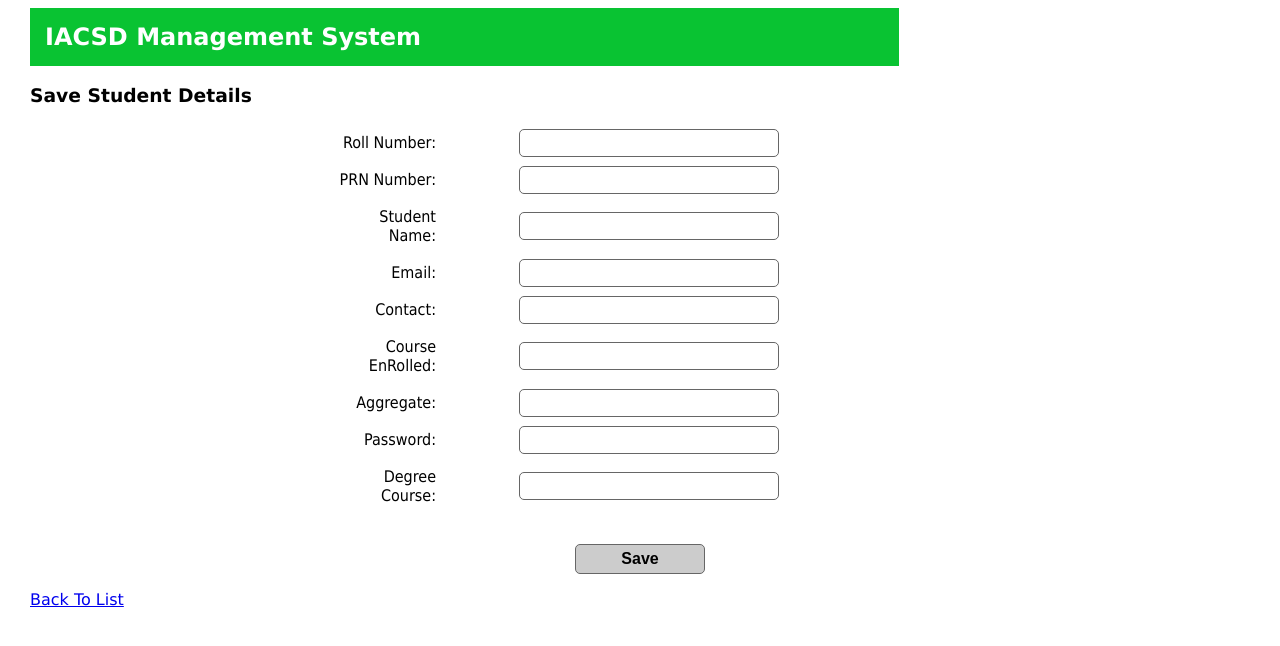
Repository: vsc8791/IMS
Page: http://localhost/web-customer-tracker/WEB-INF/view/student-form.jsp
These files come from the project's save history. The page is drawn as it stood at one moment and after the next save; the edit follows.
The browser window is 1280 px wide. The pictures show the whole page.
The page is served by Tomcat 9. Nobody is signed in. Other server files are loaded and not shown. The template is opened directly, without the code that normally fills it, so the values that code supplies are empty.

Above is the page before, as saved 2018-07-26 17:03:23.

### web-customer-tracker/WebContent/WEB-INF/view/student-form.jsp
 <%@ taglib prefix="form" uri="http://www.springframework.org/tags/form"%>
<!DOCTYPE html>
<html>
<head>

<title>Save Student</title>
<link type="text/css" rel="stylesheet"
	href="${pageContext.request.contextPath}/resources/css/style.css">

<title>Save Student</title>
<link type="text/css" rel="stylesheet"
	href="${pageContext.request.contextPath}/resources/css/add-customer-style.css">
</head>
<body>
	<div id="wrapper">
		<div id="header">
			<h2>IACSD Management System</h2>
		</div>
	</div>
	<div>
		<h3>Save Student Details</h3>
		<form:form action="saveStudent" modelAttribute="student"
			method="POST">
			<!-- need to associate this data with Student Id -->
			<form:hidden path="id"/>

			<table align="center">
				<tbody>
					<tr>
						<td><label>Roll Number:</label></td>
						<td><form:input path="rollNumber" type="number" /></td>
					</tr>
					<tr>
						<td><label>PRN Number:</label></td>
						<td><form:input path="prnNumber" type="number"/></td>
					</tr>
					<tr>
						<td><label>Student Name:</label></td>
						<td><form:input path="studentName" /></td>
					</tr>
					<tr>
						<td><label>Email:</label></td>
						<td><form:input path="email" type="email"/></td>
					</tr>
					<tr>
						<td><label>Contact:</label></td>
						<td><form:input path="contact" /></td>
					</tr>
					<tr>
						<td><label>Course EnRolled:</label></td>
						<td><form:input path="course_enrolled" /></td>
					</tr>
					<tr>
						<td><label>Aggregate:</label></td>
						<td><form:input path="aggregate"/></td>
					</tr>
					<tr>
						<td><label>Password:</label></td>
						<td><form:input path="password" type="password" /></td>
					</tr>
					<tr>
						<td><label>Degree Course:</label></td>
						<td><form:input path="degree_course"/></td>
					</tr>

				</tbody>

			</table>
		</form:form>
		 <center><input  type="submit" value="Save" class="save" /> </center>
		<div style="clear;both;"></div>
		<p><a href="${pageContext.request.contextPath}/student/list">Back To List</a></p>
	</div>

</body>


</html>

### web-customer-tracker/WebContent/resources/css/style.css
html, body{
	margin-left:15px; margin-right:15px;
	padding:0px;
	font-family:Verdana, Arial, Helvetica, sans-serif;
}

table {
	border-collapse:collapse;
	border-bottom:1px solid gray;
	font-family: Tahoma,Verdana,Segoe,sans-serif;
	width:72%;
}

th {
	border-bottom:1px solid gray;
	background:none repeat scroll 0 0 #09c332;
	padding:10px;
	color: #FFFFFF;
}

tr {
	border-top:1px solid gray;
	text-align:center;
}

tr:nth-child(even) {background: #FFFFFF}
tr:nth-child(odd) {background: #BBBBBB}

#wrapper {width: 100%; margin-top: 0px; }
#header {width: 70%; background:#09c332; margin-top: 0px; padding:15px 0px 15px 15px;}
#header h2 {width: 100%; margin:auto; color: #FFFFFF;}
#container {width: 100%; margin:auto}
#container h3 {color: #000;}
#container #content {margin-top: 20px;}

.add-button {
	border: 1px solid #666;
	border-radius: 5px;
	padding: 4px;
	font-size: 12px;
	font-weight: bold;
	width: 120px;
	padding: 5px 10px;

	margin-bottom: 15px;
	background: #cccccc;
}

Loaded but not shown: web-customer-tracker/WebContent/resources/css/add-customer-style.css (common file)

After the next save:
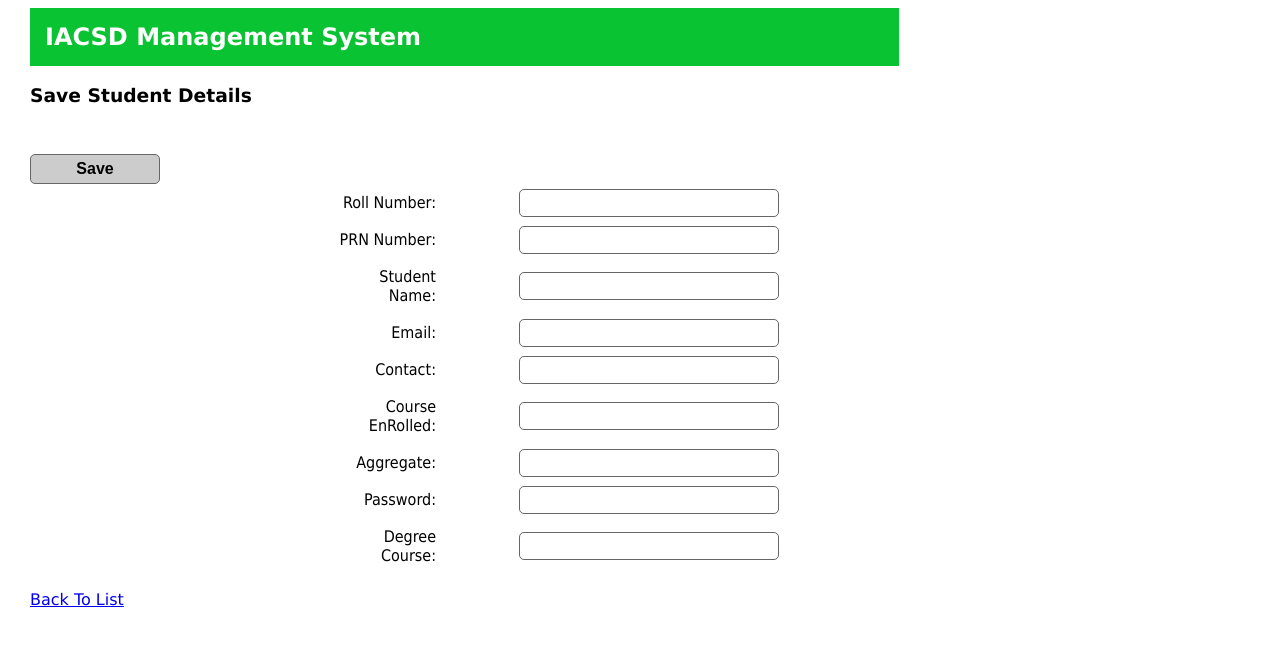
Saved 4 min 19 s later.
--- a/web-customer-tracker/WebContent/WEB-INF/view/student-form.jsp
+++ b/web-customer-tracker/WebContent/WEB-INF/view/student-form.jsp
@@ -62,12 +62,12 @@
 						<td><label>Degree Course:</label></td>
 						<td><form:input path="degree_course"/></td>
 					</tr>
-
+					 <input type="submit" value="Save" class="save"/>
 				</tbody>
 
 			</table>
 		</form:form>
-		 <center><input  type="submit" value="Save" class="save" /> </center>
+
 		<div style="clear;both;"></div>
 		<p><a href="${pageContext.request.contextPath}/student/list">Back To List</a></p>
 	</div>
